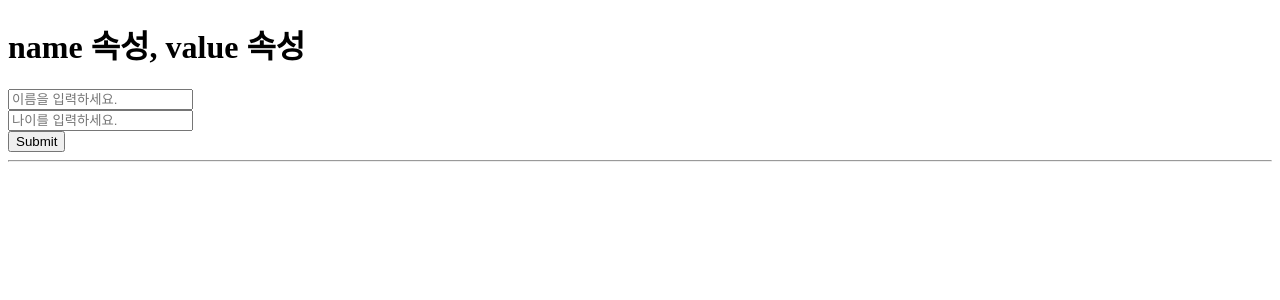
Repository: JJinBBangg/JSP
Page: http://localhost/jsp/ch03/lecture/06form/02input.jsp
The author's editor kept a copy of each file at every save. The page is drawn from the files as they stood at one save, then again after the next save.
The browser window is 1280 px wide. The pictures show the whole page.
The page is served by Tomcat 9.

Above is the page before, as saved 2023-03-28 05:16:00.

After the next save:
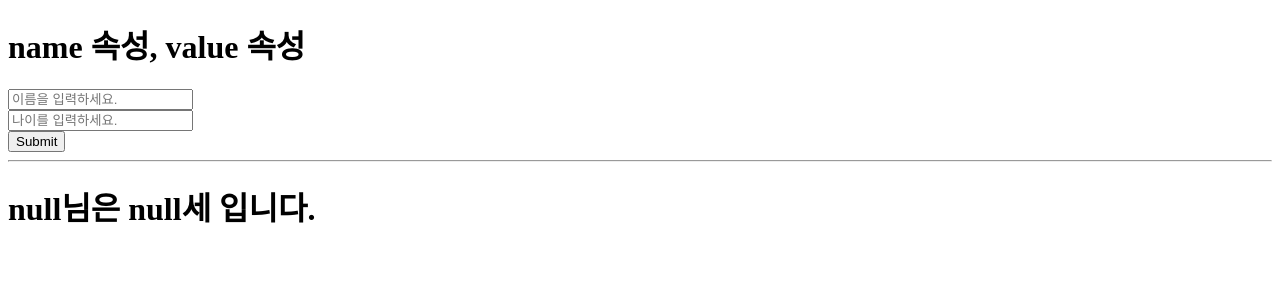
Saved 30 s later.
--- a/jsp/src/main/webapp/ch03/lecture/06form/02input.jsp
+++ b/jsp/src/main/webapp/ch03/lecture/06form/02input.jsp
@@ -1,5 +1,6 @@
 <%@ page language="java" contentType="text/html; charset=UTF-8"
-    pageEncoding="UTF-8"%>
+	pageEncoding="UTF-8"
+%>
 <!DOCTYPE html>
 <html>
 <head>
@@ -7,17 +8,18 @@
 <title>Insert title here</title>
 </head>
 <body>
-<h1>name 속성, value 속성</h1>
-<form action="">
-<input type="text" name="name" placeholder="이름을 입력하세요."/><br>
-<input type="text" name="age" placeholder="나이를 입력하세요."/><br>
-<input type="submit"/><br>
-<hr>
-<%
-String name= request.getParameter("name");
-String age = request.getParameter("id");
-%>
+	<h1>name 속성, value 속성</h1>
+	<form action="">
+		<input type="text" name="name" placeholder="이름을 입력하세요." /><br> <input
+			type="text" name="age" placeholder="나이를 입력하세요."
+		/><br> <input type="submit" /><br>
+		<hr>
+		<%
+		String name = request.getParameter("name");
+		String age = request.getParameter("id");
+		%>
+		<h1><%=name %>님은 <%=age %>세 입니다.</h1>
 
-</form>
+	</form>
 </body>
 </html>
